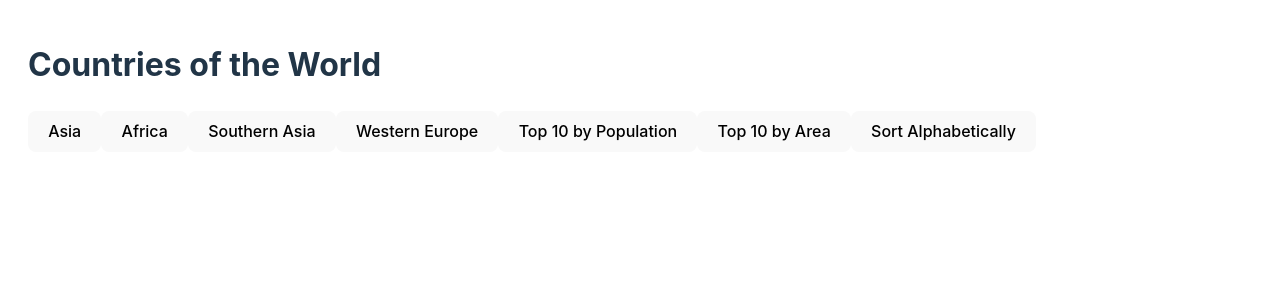
Repository: SandyLy453/comp-lab10
Page: /
An editor plug-in stored every save of this project. The page is shown before and after the next save, followed by the edit.
The browser window is 1280 px wide. The pictures show the whole page.
The page's requests for data from a server got no answer. The project was rebuilt for these pictures with package versions that can differ from the ones it lists, and the page was loaded fresh each time. No one was signed in, and anything a server would have sent is missing. Also part of the build but not shown: vite.config.js, src/components/Contry.jsx.

Above is the page before, as saved 2024-11-14 22:43:20.

After the next save:
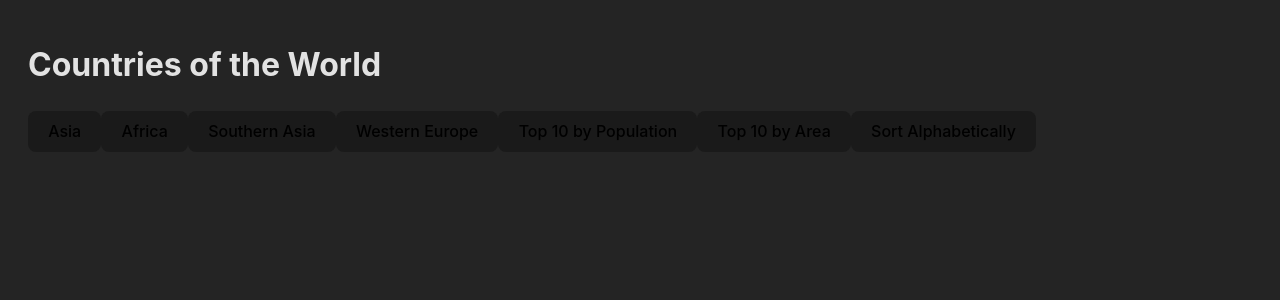
Saved 54 s later.
--- a/src/index.css
+++ b/src/index.css
@@ -26,22 +26,9 @@ button {
   transition: border-color 0.25s;
 }
 button:hover {
-  border-color: #646cff;
+  border-color: #79ff64;
 }
 button:focus,
 button:focus-visible {
   outline: 4px auto -webkit-focus-ring-color;
 }
-
-@media (prefers-color-scheme: light) {
-  :root {
-    color: #213547;
-    background-color: #ffffff;
-  }
-  a:hover {
-    color: #747bff;
-  }
-  button {
-    background-color: #f9f9f9;
-  }
-}
